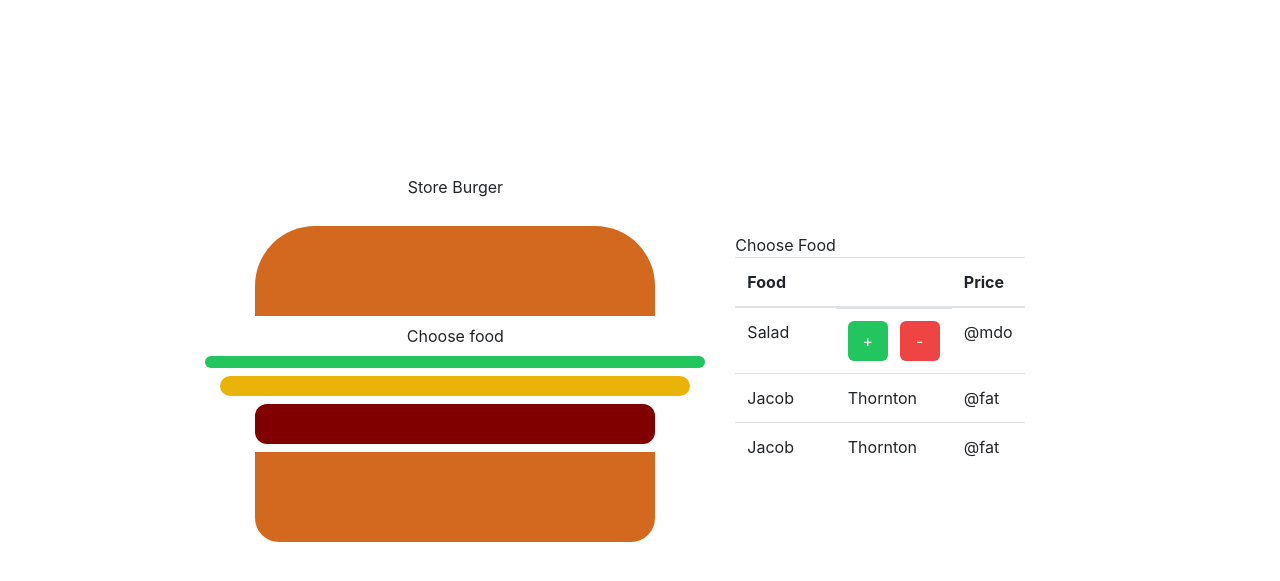
Repository: baobaodeveloper/bootcamp21_HuynhAnhBao_Burger
Page: /
These files come from the project's save history. The page is drawn as it stood at one moment and after the next save; the edit follows.
The browser window is 1280 px wide. The pictures show the whole page.
The project was rebuilt for these pictures with package versions that can differ from the ones it lists, and the page was loaded fresh each time. Also part of the build but not shown: vite.config.js.

Above is the page before, as saved 2022-05-15 17:15:22.

After the next save:
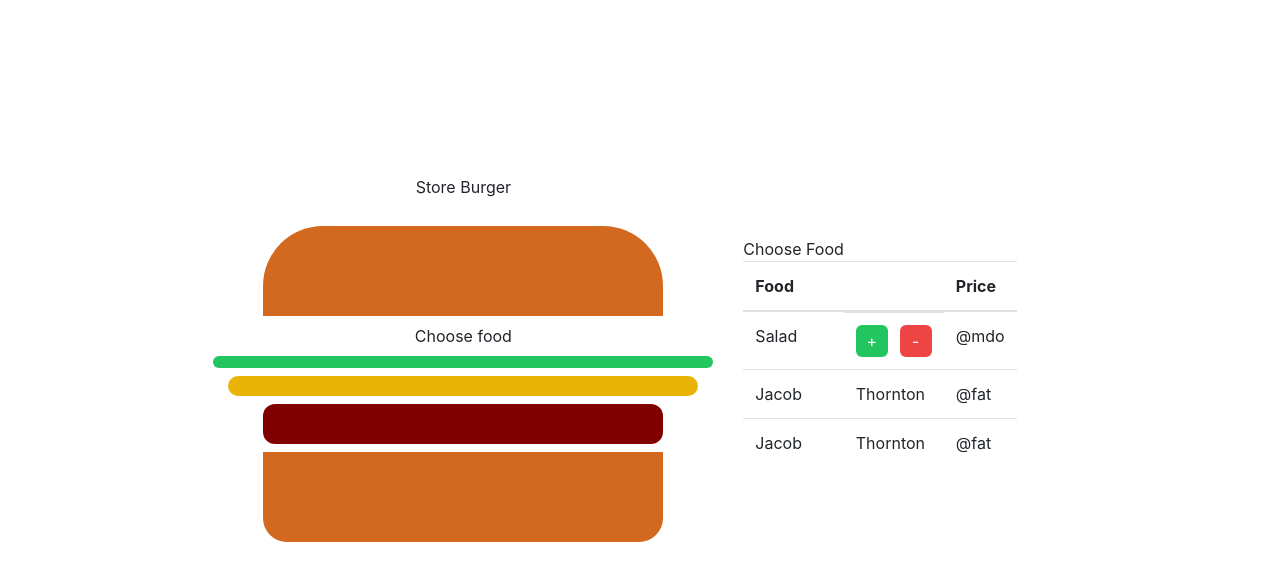
Saved 10 s later.
--- a/src/components/Burger.jsx
+++ b/src/components/Burger.jsx
@@ -32,10 +32,10 @@ export default function Burger() {
               <tr>
                 <td>Salad</td>
                 <td className="flex items-center gap-x-3">
-                  <button className="w-10 h-10 flex items-center justify-center text-white leading-none rounded-md bg-green-500">
+                  <button className="w-8 h-8 flex items-center justify-center text-white leading-none rounded-md bg-green-500">
                     +
                   </button>
-                  <button className="w-10 h-10 flex items-center justify-center text-white leading-none rounded-md bg-red-500">
+                  <button className="w-8 h-8 flex items-center justify-center text-white leading-none rounded-md bg-red-500">
                     -
                   </button>
                 </td>
